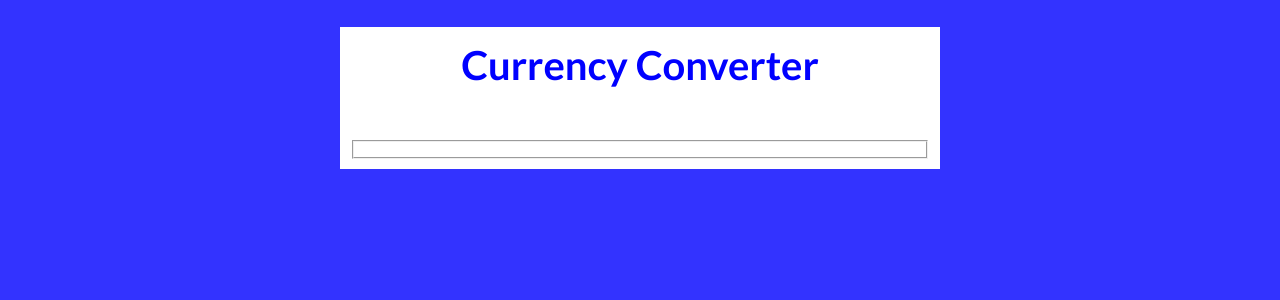
Repository: kkasperczyk/currency-converter
Page: index.html
An editor plug-in stored every save of this project. The page is shown before and after a run of saves, followed by the edit.
The browser window is 1280 px wide. The pictures show the whole page.

Above is the page before, as saved 2020-06-15 22:15:13.

### index.html
<!DOCTYPE html>
<html lang="en">

<head>
    <meta charset="UTF-8">
    <meta name="viewport" content="width=device-width, initial-scale=1.0">
    <link rel="stylesheet" href="https://cdnjs.cloudflare.com/ajax/libs/normalize/8.0.1/normalize.min.css"
        integrity="sha256-l85OmPOjvil/SOvVt3HnSSjzF1TUMyT9eV0c2BzEGzU=" crossorigin="anonymous" />
    <link rel="stylesheet" href="css/global.css">
    <link rel="stylesheet" href="css/container.css">
    <link rel="stylesheet" href="css/header.css">
    <link rel="stylesheet" href="css/main-content.css">
    <script defer src="js/script.js"></script>
    <link href="https://fonts.googleapis.com/css2?family=Lato:ital,wght@0,400;0,700;1,400&display=swap" rel="stylesheet">
    <title>Currency Converter</title>
</head>

<body>
    <div class="container">
        <header class="header">
            <h1 class="header__title">Currency Converter</h1>
        </header>
        <main class="mainContent">
            <form class="form">
                <fieldset>

                </fieldset>
            </form>
        </main>
    </div>
</body>

</html>

### css/global.css
html {
  box-sizing: border-box;
}

*,
::after,
::before {
  box-sizing: inherit;
}

body {
  font-family: "Lato", sans-serif;
  background-color: hsl(240, 100%, 60%);
}

### css/container.css
.container {
    max-width: 600px;
    margin: 0 auto;
    background-color: white;
}

### css/header.css
.header {
    text-align: center;
}

.header__title {
    color: hsl(240, 100%, 50%);
    padding: 15px;
    font-size: 40px;
}

### css/main-content.css
.mainContent {
    background-color: white;
    padding: 10px;
}

### js/script.js
console.log("Hi all developers! Nice to see you here.");

After the next 4 saves:
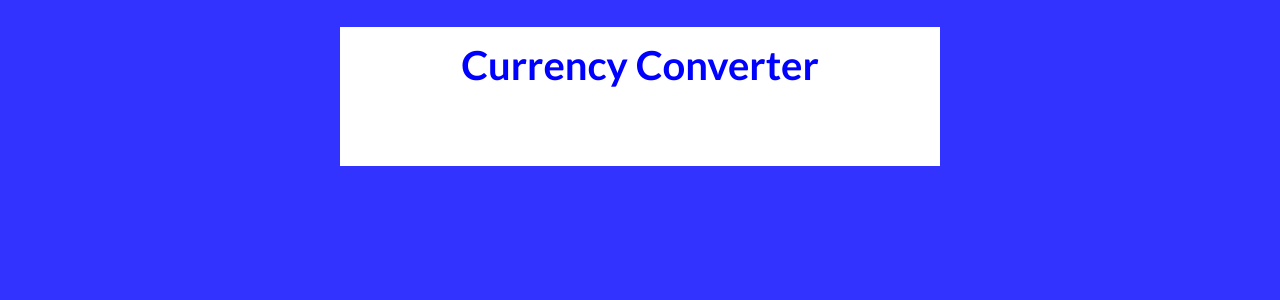
The 4 saves are shown as one change because they came seconds apart.
The last was saved 12 s later.
--- a/index.html
+++ b/index.html
@@ -22,9 +22,7 @@
         </header>
         <main class="mainContent">
             <form class="form">
-                <fieldset>
-
-                </fieldset>
+                <p></p>
             </form>
         </main>
     </div>
